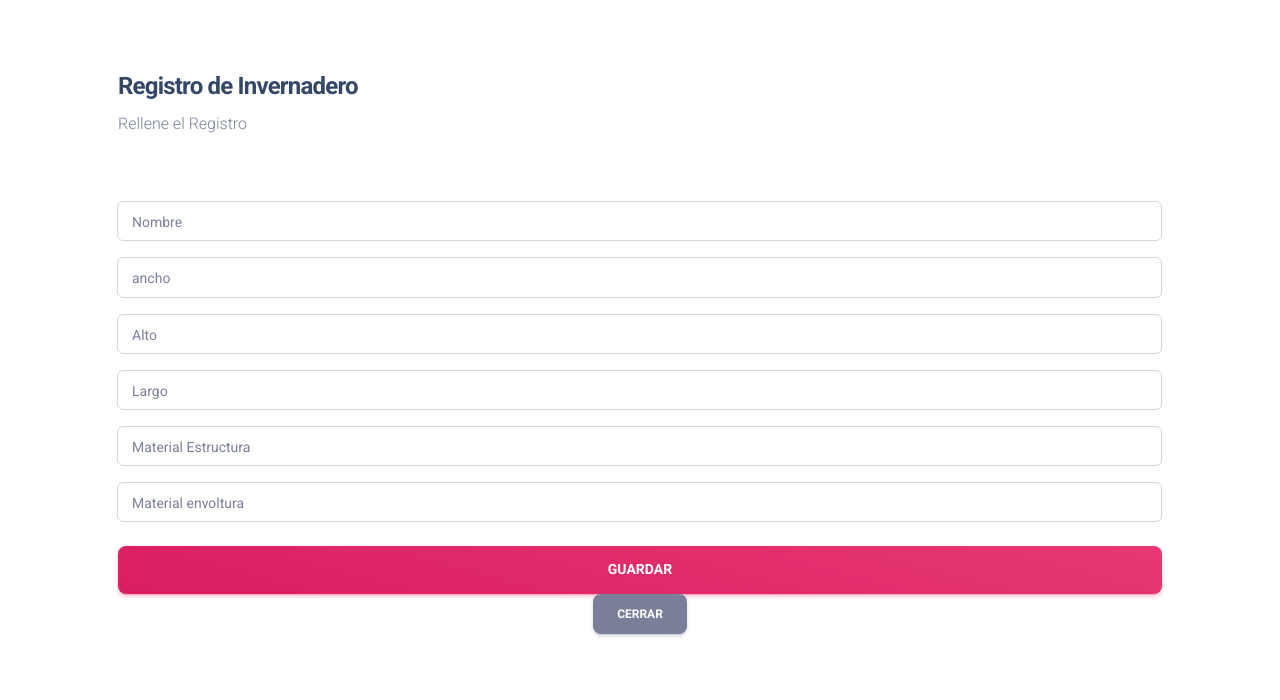
Repository: ValenciaAlmeidaVictor/sistemariego
Page: resources/views/posts/create.blade.php
The author's editor kept a copy of each file at every save. The page is drawn from the files as they stood at one save, then again after the next save.
The browser window is 1280 px wide. The pictures show the whole page.
Some web libraries are served in a nearby version. The page is served by the project's Laravel application, run on PHP 8.4 with Laravel 10. The template is opened directly, without the code that normally fills it, so the values that code supplies are empty.

Above is the page before, as saved 2023-06-19 20:07:11.

After the next save:
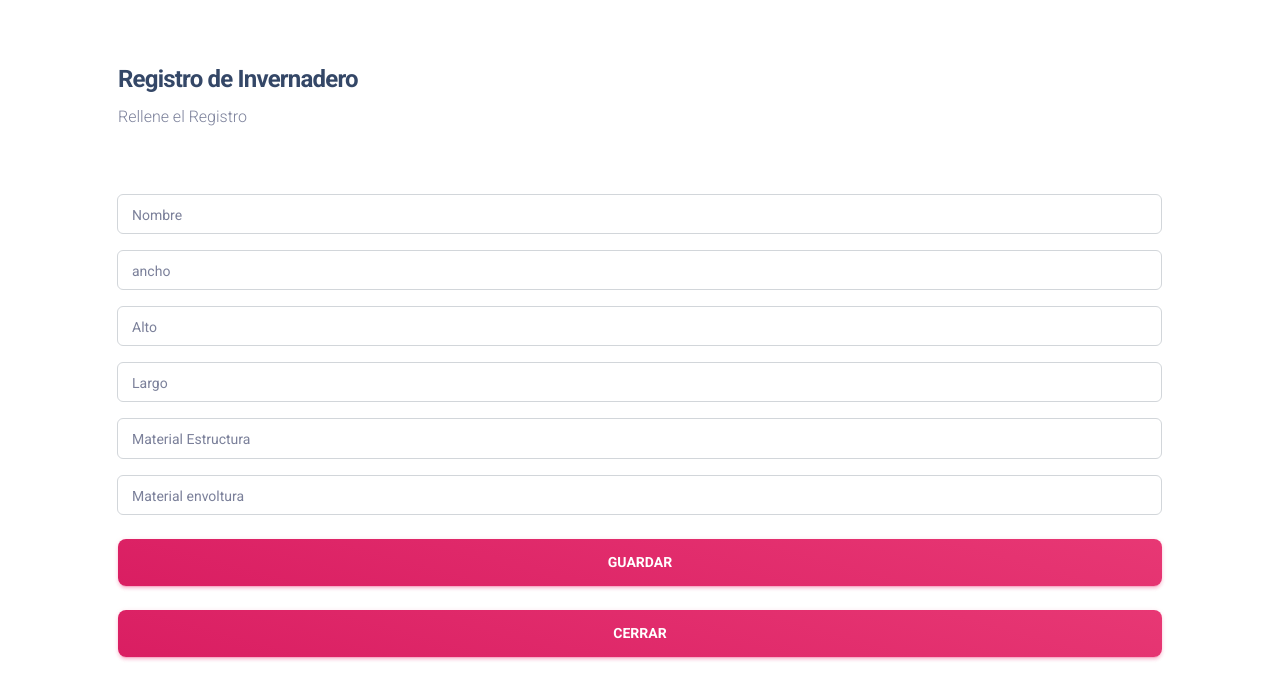
Saved 39 s later.
--- a/resources/views/posts/create.blade.php
+++ b/resources/views/posts/create.blade.php
@@ -61,7 +61,7 @@
                                                 <button type="submit"
                                                     class="btn btn-lg bg-gradient-primary btn-lg w-100 mt-4 mb-0">Guardar</button>
                                             <div class="text-center">
-                                                <button type="button" class="btn btn-secondary" data-dismiss="modal">Cerrar</button>
+                                                <button type="button" class="btn btn-lg bg-gradient-primary btn-lg w-100 mt-4 mb-0">Cerrar</button>
                                             </div>
                                         </form>
                                     </div>
